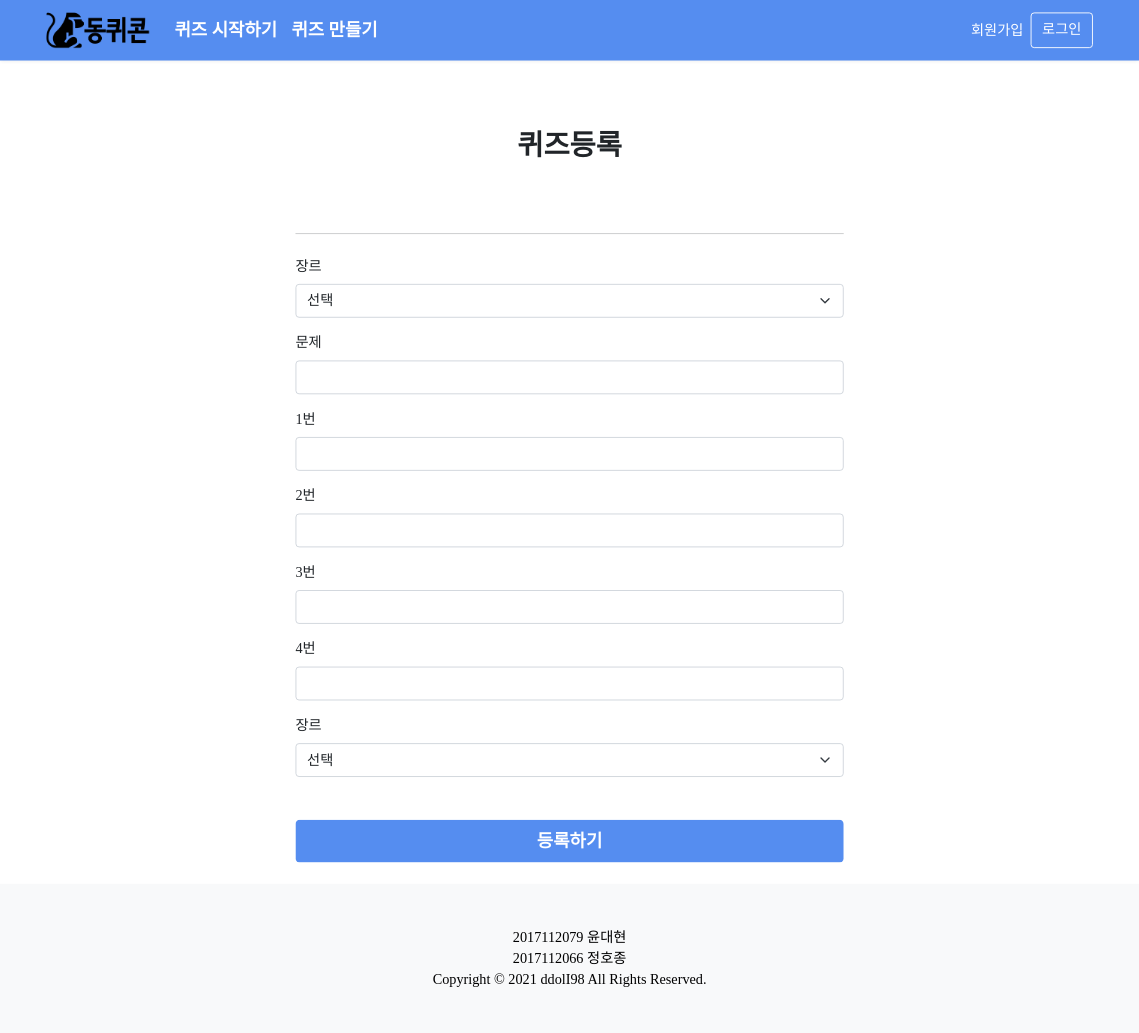
Repository: eogus0512/Quiz_WebProject
Page: http://localhost/Quiz_WebProject/registerQuiz.jsp
An editor plug-in stored every save of this project. The page is shown before and after the next save, followed by the edit.
The browser window is 1280 px wide. The pictures show the whole page, at 89% of full size.
Some web fonts or font styles are not loaded; a fallback is used. The page is served by Tomcat 9. Other server files are loaded and not shown.

Above is the page before, as saved 2021-10-28 14:13:21.

### Quiz_WebProject/WebContent/registerQuiz.jsp
<%@ page language="java" contentType="text/html; charset=EUC-KR"
    pageEncoding="EUC-KR"%>
<!DOCTYPE html PUBLIC "-//W3C//DTD HTML 4.01 Transitional//EN" "http://www.w3.org/TR/html4/loose.dtd">
<html>
<head>
    <meta http-equiv="Content-Type" content="text/html"; charset="UTF-8">
    <meta name="viewport" content="width=device-width, initial-scale=1, shrink-to-fit=no">
    <title>동퀴콘</title>
    <link rel="stylesheet" href="./css/bootstrap.min.css">
    <link rel="stylesheet" href="./css/custom.css">
    <link rel="icon" href="./img/favicon.png">
</head>
<body>
<nav class="navbar navbar-expand-lg navbar-light fixed-top shadow-sm" style="background-color: #558DF0;">
    <div class="container-xxl d-flex align-items-md-center" style="width:1200px">
        <a class="navbar-brand" href="index.jsp"><img src="./img/mainIcon.png" class="rounded float-start" width="120"></a>
        <button class="navbar-toggler" type="button" data-bs-toggle="collapse" data-bs-target="#navbarSupportedContent" aria-controls="navbarSupportedContent" aria-expanded="false" aria-label="Toggle navigation">
            <span class="navbar-toggler-icon"></span>
        </button>
        <div class="collapse navbar-collapse" id="navbarSupportedContent">
            <ul class="navbar-nav me-auto">
                <li class="nav-item">
                    <a class="nav-link" href="#" style="font-size:15pt; color:white;"><b>퀴즈 시작하기</b></a>
                </li>
                <li class="nav-item">
                    <a class="nav-link" href="registerQuiz.jsp" style="font-size:15pt; color:white;"><b>퀴즈 만들기</b></a>
                </li>
            </ul>
            <%
                String loginID = null;
                String userName = null;
                if(session.getAttribute("loginID") != null) {
                    loginID = (String) session.getAttribute("loginID");
                    userName = (String) session.getAttribute("userName");
                }
                if(loginID == null) {
            %>
            <ul class="navbar-nav">
                <a class="nav-link" aria-current="page" href="signUp.jsp" style="color:white">회원가입</a>
                <a class="btn btn-outline-primary" href="login.jsp" style="border-color: white; color: white">로그인</a>
            </ul>
            <%
            } else {
            %>
            <ul class="navbar-nav d-flex">
                <li class="nav-item dropdown">
                    <a class="nav-link dropdown-toggle" href="#" id="navbarDropdown" role="button" data-bs-toggle="dropdown" aria-expanded="false">
                        <%=userName %> 님
                    </a>
                    <ul class="dropdown-menu" aria-labelledby="navbarDropdown" style="background-color: #FAF1D6;">
                        <li><a class="dropdown-item" href="myPage.jsp">마이페이지</a></li>
                        <li><a class="dropdown-item" href="#">1:1 문의</a></li>
                        <li><hr class="dropdown-divider"></li>
                        <li><a class="dropdown-item" href="logout.jsp">로그아웃</a></li>
                    </ul>
                </li>
            </ul>
            <%
                }
            %>
        </div>
    </div>
</nav>
<br><br><br><br>
<div class="py-5 text-center">
    <h2><b>퀴즈등록</b></h2>
</div>
<div class="container col-md-8 col-lg-6">
    <hr class="my-4">
    <form method="post" action="action/signUpAction.jsp">
        <div class="row g-3">
            <div class="col-12">
                <label for="genre" class="form-label">장르</label>
                <select class="form-select" name="genre" id="genre" required>
                    <option>선택</option>
                    <option>국기</option>
                    <option>수도</option>
                    <option>상식</option>
                    <option>넌센스</option>
                    <option>역사</option>
                </select>
            </div>
            <div class="col-12">
                <label for="question" class="form-label">문제</label>
                <input type="text" class="form-control" name="question" id="question" placeholder="" value="" required>
            </div>
            <div class="col-12">
                <label for="first" class="form-label">1번</label>
                <input type="text" class="form-control" name="first" id="first" placeholder="" value="" required>
            </div>
            <div class="col-12">
                <label for="second" class="form-label">2번</label>
                <input type="text" class="form-control" name="second" id="second" placeholder="" value="" required>
            </div>
            <div class="col-12">
                <label for="third" class="form-label">3번</label>
                <input type="text" class="form-control" name="third" id="third" placeholder="" value="" required>
            </div>
            <div class="col-12">
                <label for="fourth" class="form-label">4번</label>
                <input type="text" class="form-control" name="fourth" id="fourth" placeholder="" value="" required>
            </div>
            <div class="col-12">
                <label for="answer" class="form-label">장르</label>
                <select class="form-select" name="answer" id="answer" required>
                    <option>선택</option>
                    <option>1번</option>
                    <option>2번</option>
                    <option>3번</option>
                    <option>4번</option>
                </select>
            </div>
        </div><br><br>
        <button class="w-100 btn btn-lg btn" type="submit" style="background-color: #558DF0; color:white"><b>등록하기</b></button>
    </form>
</div>

<footer class="bg-light mt-4 p-5 text-center" style="color: #000000;">
    2017112079 윤대현<br>2017112066 정호종<br>
    Copyright &copy; 2021 ddolI98 All Rights Reserved.
</footer>
<script src="./js/jquery.min.js"></script>
<script src="./js/popper.js"></script>
<script src="./js/bootstrap.min.js"></script>
</body>
</html>

### Quiz_WebProject/WebContent/css/custom.css
@import url(https://fonts.googleapis.com/earlyaccess/nanumgothic.css);
.navbar-brand, h1, h2, h3, h4 {
    font-family: 'Nanum Gothic';
}
h5 {
    font-family: 'Nanum Gothic';
    font-size: 18px;
}
body {
    font-family: 'Nanum Gothic';
}

Loaded but not shown: Quiz_WebProject/WebContent/css/bootstrap.min.css (library); Quiz_WebProject/WebContent/js/jquery.min.js (library); Quiz_WebProject/WebContent/js/popper.js (library); Quiz_WebProject/WebContent/js/bootstrap.min.js (library)

After the next save:
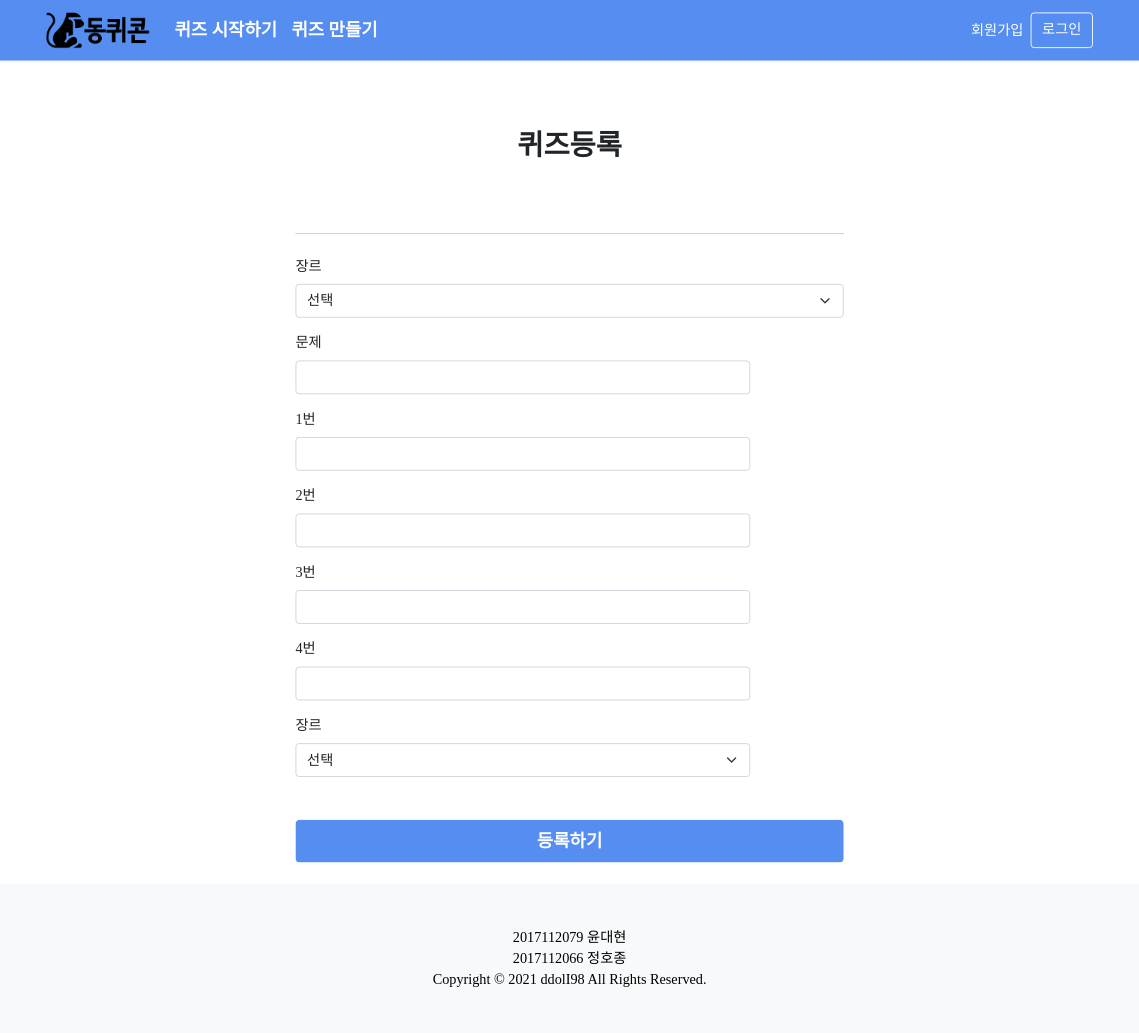
Saved 28 s later.
--- a/Quiz_WebProject/WebContent/registerQuiz.jsp
+++ b/Quiz_WebProject/WebContent/registerQuiz.jsp
@@ -80,27 +80,27 @@
                     <option>역사</option>
                 </select>
             </div>
-            <div class="col-12">
+            <div class="col-10">
                 <label for="question" class="form-label">문제</label>
                 <input type="text" class="form-control" name="question" id="question" placeholder="" value="" required>
             </div>
-            <div class="col-12">
+            <div class="col-10">
                 <label for="first" class="form-label">1번</label>
                 <input type="text" class="form-control" name="first" id="first" placeholder="" value="" required>
             </div>
-            <div class="col-12">
+            <div class="col-10">
                 <label for="second" class="form-label">2번</label>
                 <input type="text" class="form-control" name="second" id="second" placeholder="" value="" required>
             </div>
-            <div class="col-12">
+            <div class="col-10">
                 <label for="third" class="form-label">3번</label>
                 <input type="text" class="form-control" name="third" id="third" placeholder="" value="" required>
             </div>
-            <div class="col-12">
+            <div class="col-10">
                 <label for="fourth" class="form-label">4번</label>
                 <input type="text" class="form-control" name="fourth" id="fourth" placeholder="" value="" required>
             </div>
-            <div class="col-12">
+            <div class="col-10">
                 <label for="answer" class="form-label">장르</label>
                 <select class="form-select" name="answer" id="answer" required>
                     <option>선택</option>

After the save that followed:
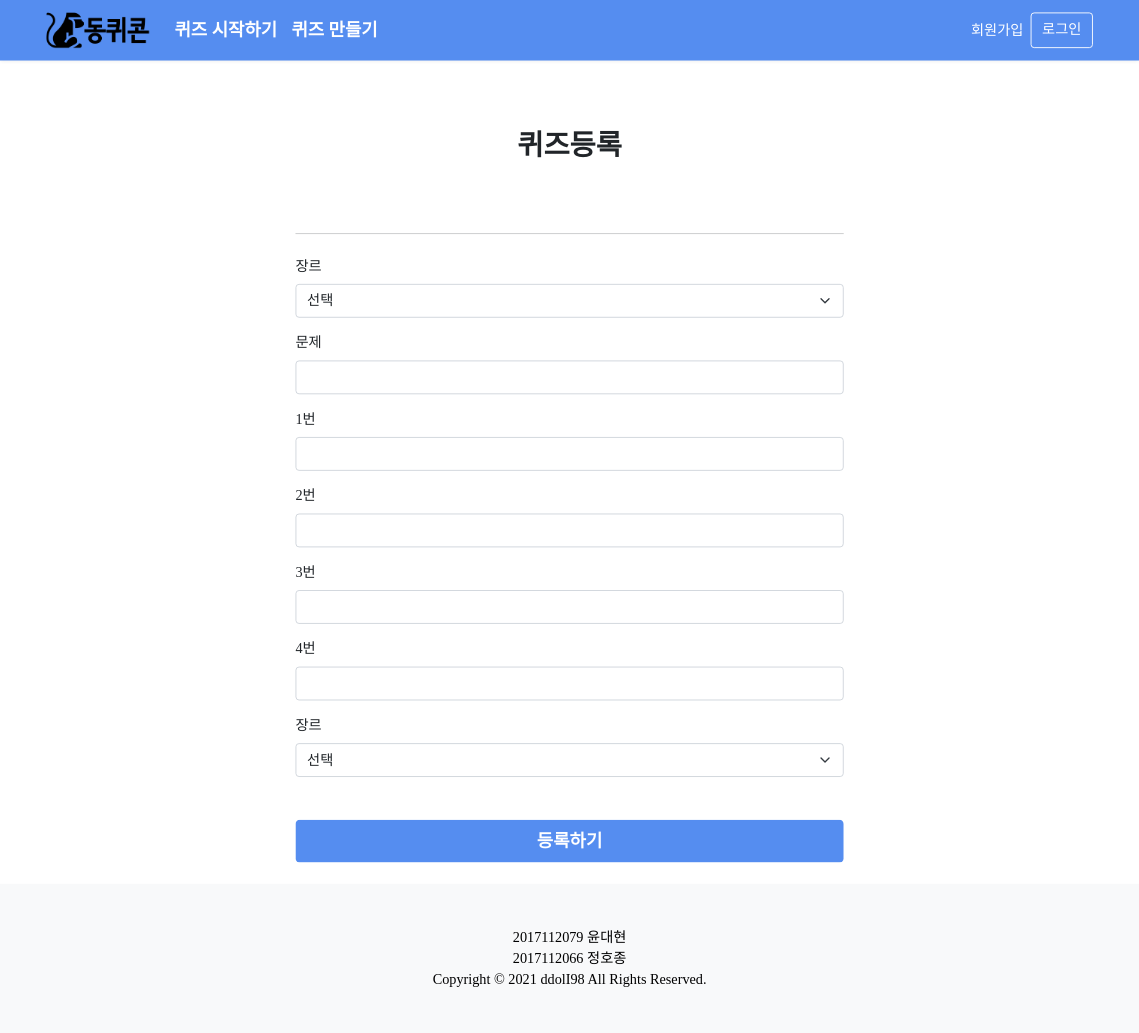
Saved 31 s later.
--- a/Quiz_WebProject/WebContent/registerQuiz.jsp
+++ b/Quiz_WebProject/WebContent/registerQuiz.jsp
@@ -80,27 +80,27 @@
                     <option>역사</option>
                 </select>
             </div>
-            <div class="col-10">
+            <div class="col-12">
                 <label for="question" class="form-label">문제</label>
                 <input type="text" class="form-control" name="question" id="question" placeholder="" value="" required>
             </div>
-            <div class="col-10">
+            <div class="col-12">
                 <label for="first" class="form-label">1번</label>
                 <input type="text" class="form-control" name="first" id="first" placeholder="" value="" required>
             </div>
-            <div class="col-10">
+            <div class="col-12">
                 <label for="second" class="form-label">2번</label>
                 <input type="text" class="form-control" name="second" id="second" placeholder="" value="" required>
             </div>
-            <div class="col-10">
+            <div class="col-12">
                 <label for="third" class="form-label">3번</label>
                 <input type="text" class="form-control" name="third" id="third" placeholder="" value="" required>
             </div>
-            <div class="col-10">
+            <div class="col-12">
                 <label for="fourth" class="form-label">4번</label>
                 <input type="text" class="form-control" name="fourth" id="fourth" placeholder="" value="" required>
             </div>
-            <div class="col-10">
+            <div class="col-12">
                 <label for="answer" class="form-label">장르</label>
                 <select class="form-select" name="answer" id="answer" required>
                     <option>선택</option>
